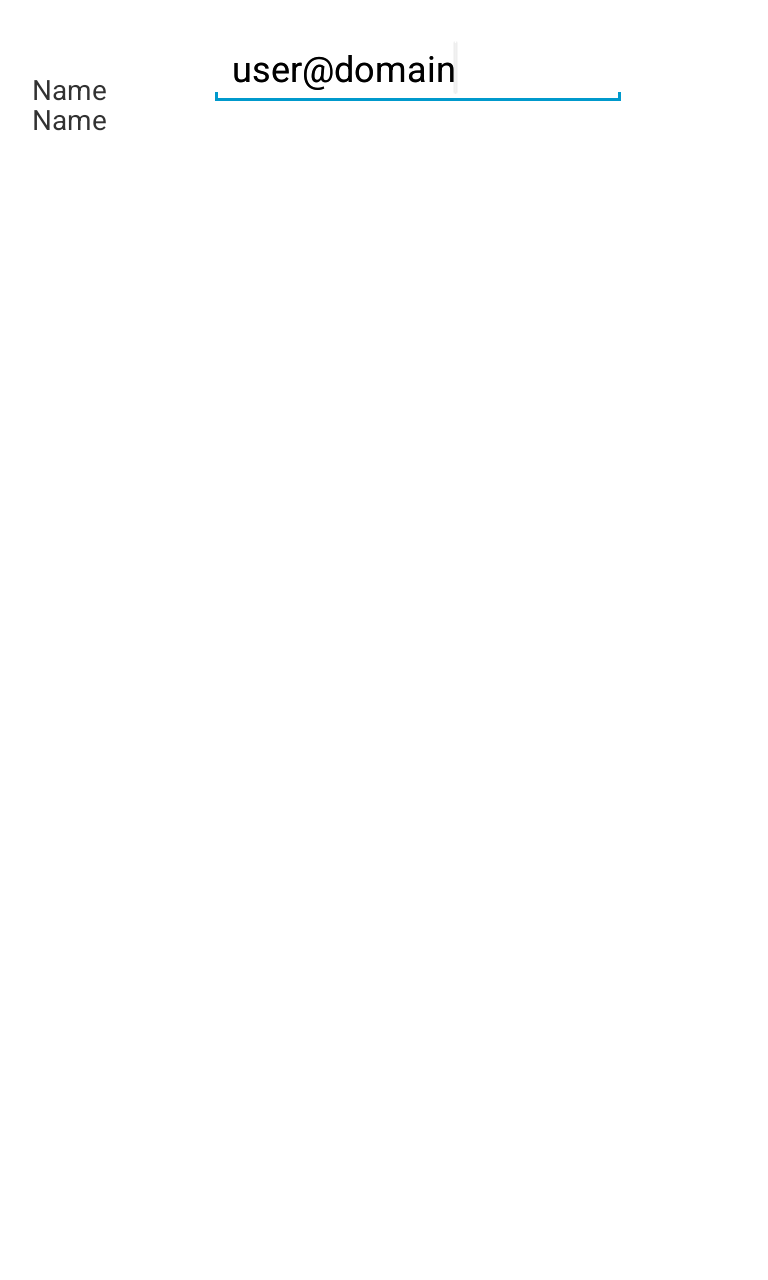
Repository: srikraj8341/srikanthrepo
Layout: android/MyFirstApp/res/layout/activity_main.xml
An editor plug-in stored every save of this project. The layout is shown before and after the next save, followed by the edit.
It is drawn on a 768 x 1280 px phone screen (xhdpi) without system bars, with theme AppTheme; the app's code is not run.

Above is the layout before, as saved 2012-09-22 06:31:33.

### android/MyFirstApp/res/layout/activity_main.xml
<RelativeLayout xmlns:android="http://schemas.android.com/apk/res/android"
    xmlns:tools="http://schemas.android.com/tools"
     android:layout_width="fill_parent"
     android:layout_height="fill_parent"
     android:paddingLeft="16dp"
     android:paddingRight="16dp">

    <TextView
        android:id="@+id/textView3"
        android:layout_width="96dp"
        android:layout_height="wrap_content"
        android:layout_alignParentLeft="true"
        android:layout_marginTop="35dp"
        android:text="@string/User_name" />


    <EditText
        android:id="@+id/editText1"
        android:layout_width="wrap_content"
        android:layout_height="wrap_content"
        android:layout_alignBottom="@+id/textView3"
        android:layout_alignLeft="@+id/textView3"
        android:layout_marginLeft="88dp"
        android:ems="10"
        android:inputType="textEmailAddress"
        android:text="@string/textEmailAddress" >

        <requestFocus />
    </EditText>

    <TextView
        android:id="@+id/textView4"
        android:layout_width="96dp"
        android:layout_height="wrap_content"
        android:layout_alignParentLeft="true"
        android:layout_marginTop="50dp"
        android:text="@string/User_name" />


    <EditText
        android:id="@+id/editText2"
        android:layout_width="wrap_content"
        android:layout_height="wrap_content"
        android:layout_alignBottom="@+id/textView3"
        android:layout_alignLeft="@+id/textView3"
        android:layout_marginLeft="88dp"
        android:ems="10"
        android:inputType="textEmailAddress"
        android:text="@string/textEmailAddress" >

        <requestFocus />
    </EditText>


</RelativeLayout>

### android/MyFirstApp/res/values/strings.xml
<resources>

    <string name="app_name">Play Finder</string>
    <string name="hello_world">Hello world!</string>
    <string name="menu_settings">Settings</string>
    <string name="title_activity_main">MainActivity</string>
    <string name="edit_message">Enter a message</string>
    <string name="button_send">send</string>
    <string name="title_activity_display_message">My Message</string>
    <string name="User_name">Name</string>
    <string name="textEmailAddress">user@domain</string>


</resources>

Loaded but not shown: android/MyFirstApp/res/values-v11/styles.xml (common file); android/MyFirstApp/res/values-v14/styles.xml (common file); android/MyFirstApp/res/values/styles.xml (common file)

After the next save:
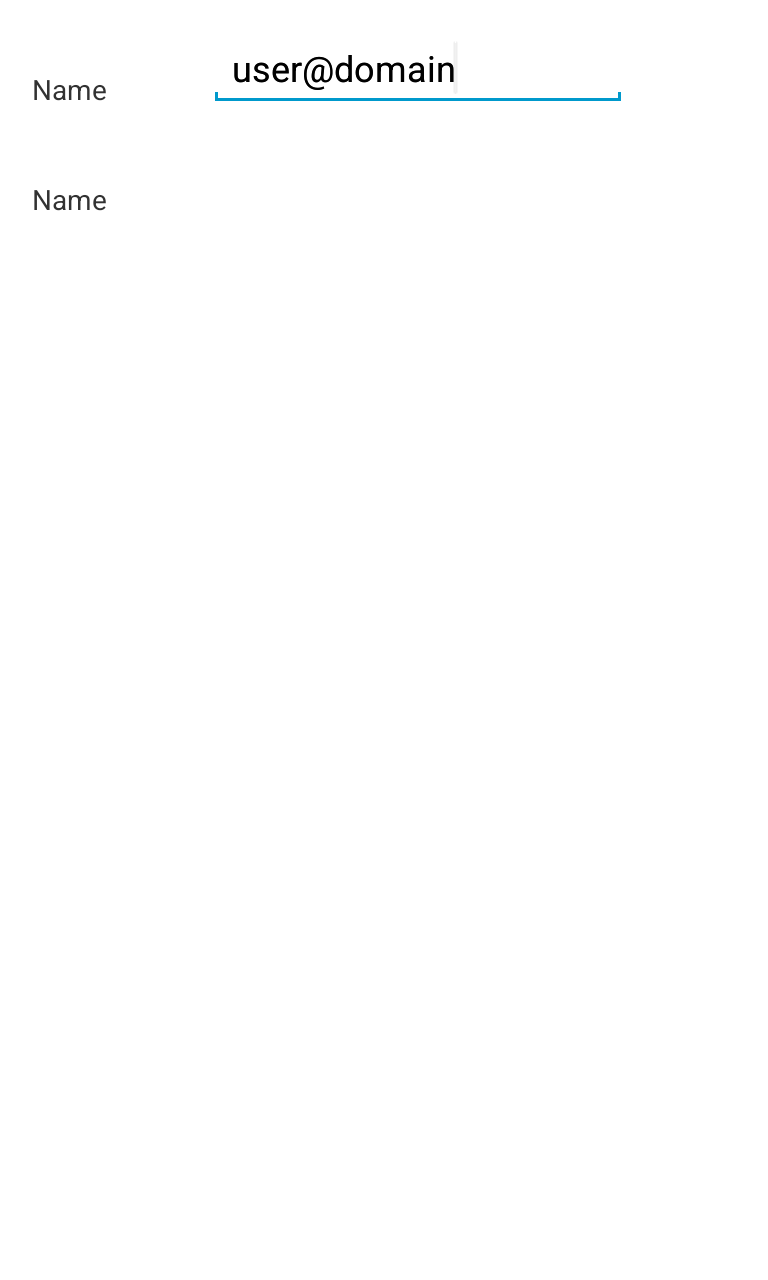
Saved 14 s later.
--- a/android/MyFirstApp/res/layout/activity_main.xml
+++ b/android/MyFirstApp/res/layout/activity_main.xml
@@ -33,7 +33,7 @@
         android:layout_width="96dp"
         android:layout_height="wrap_content"
         android:layout_alignParentLeft="true"
-        android:layout_marginTop="50dp"
+        android:layout_marginTop="90dp"
         android:text="@string/User_name" />
 
 
